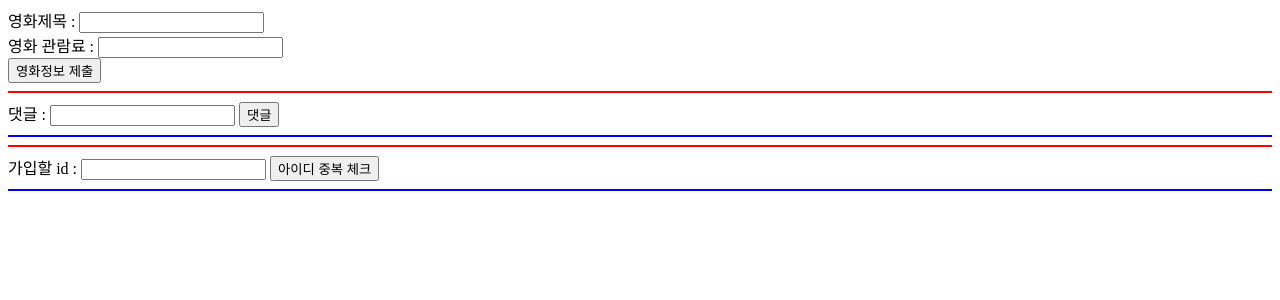
Repository: songhyeonjun/java
Page: http://localhost/spring05/ajax4.jsp
The author's editor kept a copy of each file at every save. The page is drawn from the files as they stood at one save, then again after the next save.
The browser window is 1280 px wide. The pictures show the whole page.
The page is served by Tomcat 9. Other server files are loaded and not shown.

Above is the page before, as saved 2022-02-18 05:18:53.

### spring05/src/main/webapp/ajax4.jsp
<%@ page language="java" contentType="text/html; charset=UTF-8"
    pageEncoding="UTF-8"%>
<!DOCTYPE html>
<html>
<head>
<meta charset="UTF-8">
<title>Insert title here</title>
<script src="https://code.jquery.com/jquery-3.6.0.js"></script>
<script>
$(function() { // dom(document object model)
	// body dom tree로 ram에 읽어들인 후,
	// function을 실행 익명함수
	$('#b1').click(function() {
		$.ajax({
			url : "movie",
			data : {
				title : $('#title').val(),
				price : $('#price').val()
			},
			success : function(result) {
				alert(result);
				$('#d2').html(result);
			},
			error : function() {
				alert('ajax실패@@')
			}
		});
	});

	$('#b2').click(function() {
		$.ajax({
			url : "reply",
			data : {
				reply : $('#reply').val()
			},
			success : function(result) {
				alert(result);
				$('#d1').append(result + "<br>");
			},
			error : function() {
				alert('ajax실패@@');
			}
		});
	});

	$('#b3').click(function() {
		$.ajax( {
			url : "user",
			data : {
				user : $('#id').val()
			},
			success : function(result) {
				alert(result)
				$('#d2').html(result);
			},
			error : function() {
				alert('ajax실패@@');
			}
		});
	});
});
</script>
</head>
<body>
	영화제목 : <input type="text" name="title" id="title"><br>
	영화 관람료 : <input type="text" name="price" id="price"><br>
	<button type="submit" id="b1">영화정보 제출</button>

	<hr color="red">
	댓글 : <input type="text" name="reply" id="reply">
	<button id="b2">댓글</button>
	<hr color="blue">
	<div id="d1"></div>

	<hr color="red">
	가입할 id : <input type="text" id="id">
	<button id="b3">아이디 중복 체크</button>
	<hr color="blue">
	<div id="d2"></div>
</body>
</html>

After the next save:
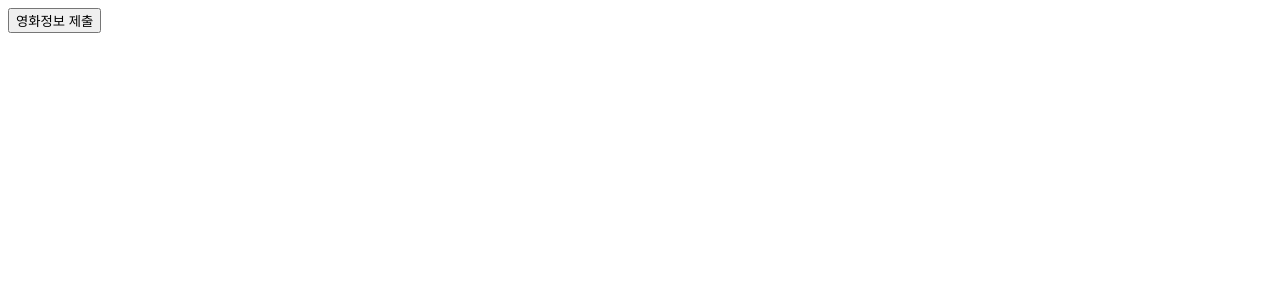
Saved 89 min 58 s later.
--- a/spring05/src/main/webapp/ajax4.jsp
+++ b/spring05/src/main/webapp/ajax4.jsp
@@ -12,14 +12,10 @@ $(function() { // dom(document object model)
 	// function을 실행 익명함수
 	$('#b1').click(function() {
 		$.ajax({
-			url : "movie",
-			data : {
-				title : $('#title').val(),
-				price : $('#price').val()
-			},
+			url : "https://www.chosun.com/arc/outboundfeeds/rss/category/sports/?outputType=xml",
 			success : function(result) {
 				alert(result);
-				$('#d2').html(result);
+				$('#d1').html(result);
 			},
 			error : function() {
 				alert('ajax실패@@')
@@ -27,55 +23,11 @@ $(function() { // dom(document object model)
 		});
 	});
 
-	$('#b2').click(function() {
-		$.ajax({
-			url : "reply",
-			data : {
-				reply : $('#reply').val()
-			},
-			success : function(result) {
-				alert(result);
-				$('#d1').append(result + "<br>");
-			},
-			error : function() {
-				alert('ajax실패@@');
-			}
-		});
-	});
-
-	$('#b3').click(function() {
-		$.ajax( {
-			url : "user",
-			data : {
-				user : $('#id').val()
-			},
-			success : function(result) {
-				alert(result)
-				$('#d2').html(result);
-			},
-			error : function() {
-				alert('ajax실패@@');
-			}
-		});
-	});
 });
 </script>
 </head>
 <body>
-	영화제목 : <input type="text" name="title" id="title"><br>
-	영화 관람료 : <input type="text" name="price" id="price"><br>
 	<button type="submit" id="b1">영화정보 제출</button>
-
-	<hr color="red">
-	댓글 : <input type="text" name="reply" id="reply">
-	<button id="b2">댓글</button>
-	<hr color="blue">
 	<div id="d1"></div>
-
-	<hr color="red">
-	가입할 id : <input type="text" id="id">
-	<button id="b3">아이디 중복 체크</button>
-	<hr color="blue">
-	<div id="d2"></div>
 </body>
 </html>
